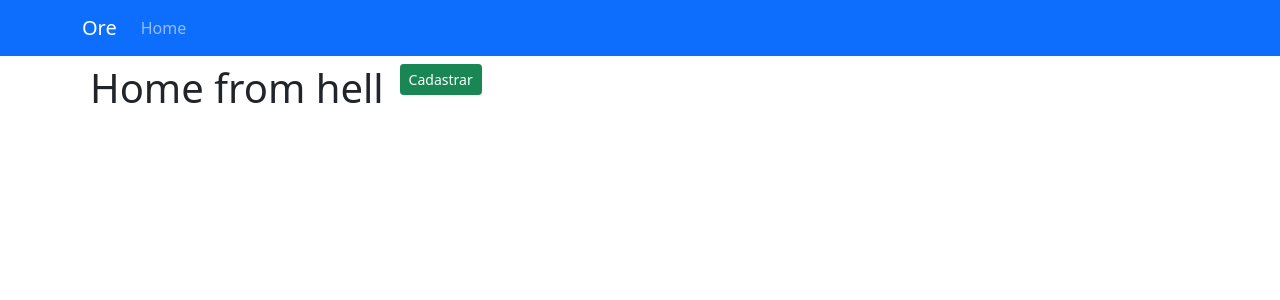
Repository: thf4/React-Front
Page: /
An editor plug-in stored every save of this project. The page is shown before and after the next save, followed by the edit.
The browser window is 1280 px wide. The pictures show the whole page.
The project was rebuilt for these pictures with package versions that can differ from the ones it lists, and the page was loaded fresh each time. Also part of the build but not shown: src/pages/Vizualizar/index.js, src/pages/Cadastrar/index.js, src/pages/Editar/index.js.

Above is the page before, as saved 2021-05-07 09:13:56.

### src/App.js
import React from "react";
import { BrowserRouter as Router, Switch, Route } from "react-router-dom";
import { Home } from "./pages/Home/";
import { View } from "./pages/Vizualizar/";
import { Cadastrar } from "./pages/Cadastrar/";
import { Editar } from "./pages/Editar/";
import { Menu } from "./components/Menu";
import 'bootstrap/dist/css/bootstrap.min.css';
function App() {
  return (
    <div>
      <Menu />
      <Router>
        <Switch>
          <Route exact path="/" component={Home} />
          <Route path="/view" component={View} />
          <Route path="/cadastrar" component={Cadastrar} />
          <Route path="/editar" component={Editar} />
        </Switch>
      </Router>
    </div>
  );
}

export default App;

### src/pages/Home/index.js
import React from "react";
import { Container } from "reactstrap";
export const Home = () => {
  return (
    <div>
      <Container>
        <div className="d-flex">
          <div className="mr-auto p-2">
            <h1> Home from hell </h1>
          </div>
          <div className="p-2">
            <a href="/cadastrar" className="btn btn-success btn-sm">Cadastrar</a>
          </div>
        </div>
      </Container>
    </div>
  );
};

### src/components/Menu.js
import React, { useState } from "react";
import {
  Collapse,
  Navbar,
  NavbarToggler,
  NavbarBrand,
  Nav,
  NavItem,
  NavLink,
  Container,
} from "reactstrap";
export const Menu = (props) => {
  const [isOpen, setIsOpen] = useState(false);
  const toggle = () => setIsOpen(!isOpen);

  return (
    <div>
      <Navbar color="primary" dark expand="md">
        <Container>
        <NavbarBrand href="/">Ore</NavbarBrand>
        <NavbarToggler onClick={toggle} />
        <Collapse isOpen={isOpen} navbar>
          <Nav className="mr-auto" navbar>
            <NavItem>
              <NavLink href="/">Home</NavLink>
            </NavItem>
          </Nav>
        </Collapse>
        </Container>
      </Navbar>
    </div>
  );
};

Loaded but not shown: public/index.html (common file); src/index.js (common file); src/index.css (common file); src/reportWebVitals.js (common file)

After the next save:
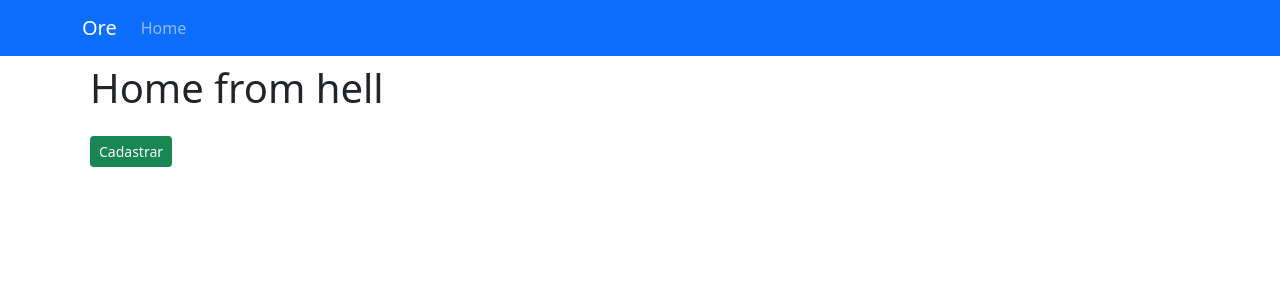
Saved 57 s later.
--- a/src/pages/Home/index.js
+++ b/src/pages/Home/index.js
@@ -8,9 +8,11 @@
           <div className="mr-auto p-2">
             <h1> Home from hell </h1>
           </div>
-          <div className="p-2">
-            <a href="/cadastrar" className="btn btn-success btn-sm">Cadastrar</a>
-          </div>
+        </div>
+        <div className="p-2">
+          <a href="/cadastrar" className="btn btn-success btn-sm">
+            Cadastrar
+          </a>
         </div>
       </Container>
     </div>

After the save that followed:
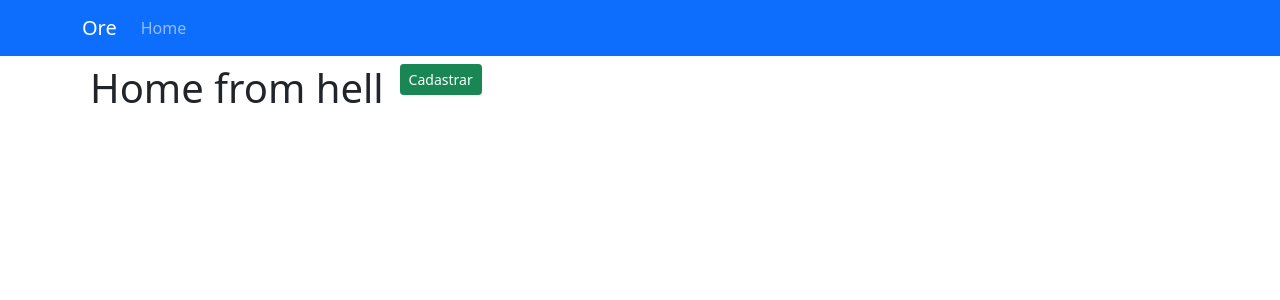
Saved 2 min 6 s later.
--- a/src/pages/Home/index.js
+++ b/src/pages/Home/index.js
@@ -8,11 +8,9 @@
           <div className="mr-auto p-2">
             <h1> Home from hell </h1>
           </div>
-        </div>
-        <div className="p-2">
-          <a href="/cadastrar" className="btn btn-success btn-sm">
-            Cadastrar
-          </a>
+          <div className="p-2">
+            <a href="/cadastrar" className="btn btn-success btn-sm">Cadastrar</a>
+          </div>
         </div>
       </Container>
     </div>
